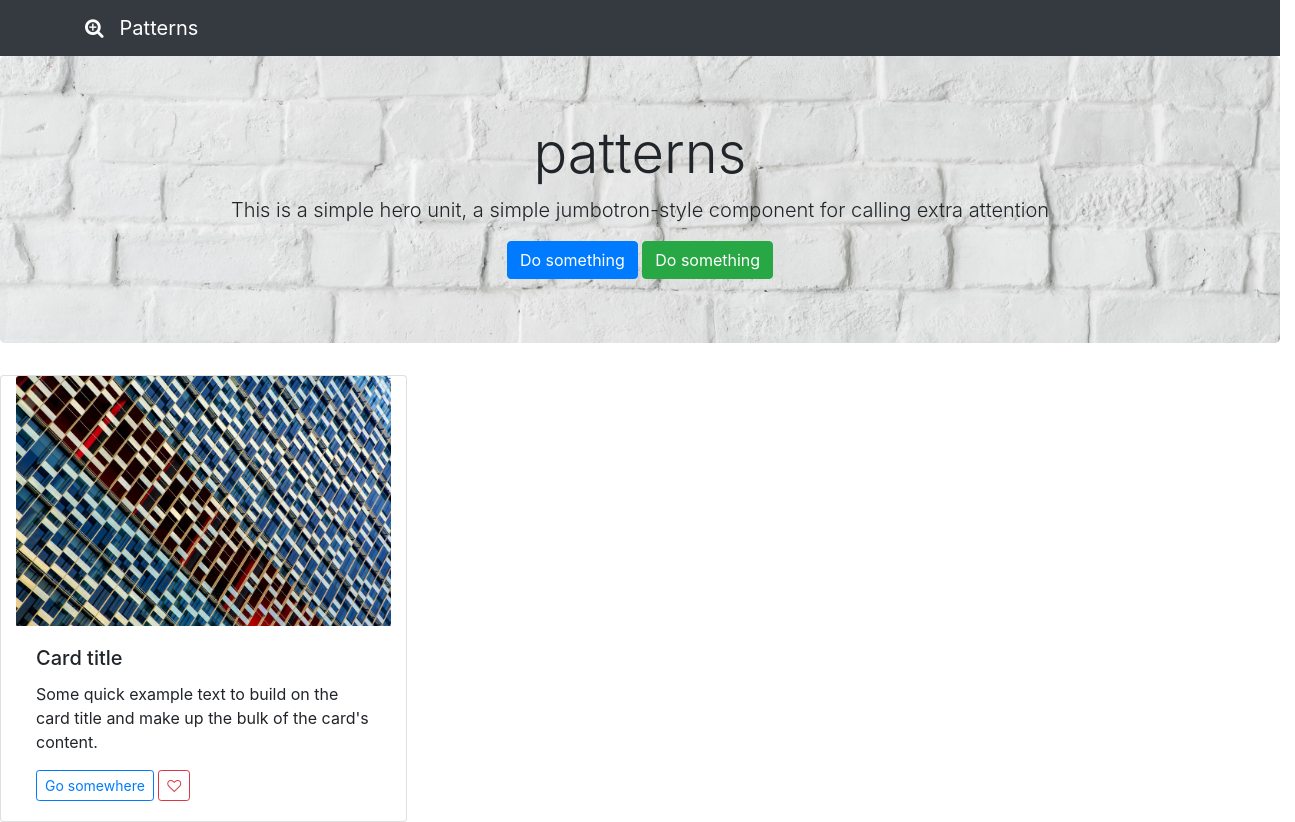
Repository: Mietlicha/patterns
Page: index.html
An editor plug-in stored every save of this project. The page is shown before and after the next save, followed by the edit.
The browser window is 1280 px wide. The page is 1295 px wide, so the pictures cover 1295 px, including what lies to the right of the window. The pictures show the whole page.

Above is the page before, as saved 2019-10-24 11:53:03.

### index.html
<!DOCTYPE html>
<html lang="en">

<head>
    <meta charset="UTF-8">
    <meta name="viewport" content="width=device-width, initial-scale=1.0">
    <meta http-equiv="X-UA-Compatible" content="ie=edge">
    <title>Document</title>
    <link rel="stylesheet" href="style.css">
    <link rel="stylesheet" href="https://stackpath.bootstrapcdn.com/bootstrap/4.3.1/css/bootstrap.min.css"
        integrity="sha384-ggOyR0iXCbMQv3Xipma34MD+dH/1fQ784/j6cY/iJTQUOhcWr7x9JvoRxT2MZw1T" crossorigin="anonymous">
    <link rel="stylesheet" href="https://cdnjs.cloudflare.com/ajax/libs/font-awesome/4.7.0/css/font-awesome.min.css">

</head>

<body>
    <nav class="navbar navbar-dark bg-dark">
        <div class="container"><a class="navbar-brand" href="#"><i class="fa fa-search-plus mr-3"
                    aria-hidden="true"></i>Patterns</a></div>
    </nav>
    <article>
        <section id="header" class="jumbotron">
            <div class="container text-center">
                <h1 class="display-4">patterns</h1>
                <p class="lead">This is a simple hero unit, a simple jumbotron-style component for calling extra
                    attention</p>
                <a href="#" class="btn btn-primary">Do something</a>
                <a href="#" class="btn btn-success">Do something</a>
            </div>
        </section>

        <section id="gallery">
            <div class="row">
                <div class="col-md-4">
                    <div class="card container">

                        <img src=" imgs/pattern1.jpeg" class="card-img-top" alt="pattern one">
                        <div class="card-body">
                            <h5 class="card-title">Card title</h5>
                            <p class="card-text">Some quick example text to build on the card title and make up the bulk of the card's content.</p>
                            <a href="#" class="btn btn-outline-primary btn-sm">Go somewhere</a>
                            <a href="#" class="btn btn-outline-danger btn-sm"><i class="fa fa-heart-o" aria-hidden="true"></i></a>
                        </div>
                    </div>
                </div>
            </div>
        </section>
    </article>


    <script src="https://code.jquery.com/jquery-3.3.1.slim.min.js"
        integrity="sha384-q8i/X+965DzO0rT7abK41JStQIAqVgRVzpbzo5smXKp4YfRvH+8abtTE1Pi6jizo"
        crossorigin="anonymous"></script>
    <script src="https://cdnjs.cloudflare.com/ajax/libs/popper.js/1.14.7/umd/popper.min.js"
        integrity="sha384-UO2eT0CpHqdSJQ6hJty5KVphtPhzWj9WO1clHTMGa3JDZwrnQq4sF86dIHNDz0W1"
        crossorigin="anonymous"></script>
    <script src="https://stackpath.bootstrapcdn.com/bootstrap/4.3.1/js/bootstrap.min.js"
        integrity="sha384-JjSmVgyd0p3pXB1rRibZUAYoIIy6OrQ6VrjIEaFf/nJGzIxFDsf4x0xIM+B07jRM"
        crossorigin="anonymous"></script>
</body>

</html>

### style.css
#header{
    background: url(imgs/header.jpeg) center / cover no-repeat;
}

After the next save:
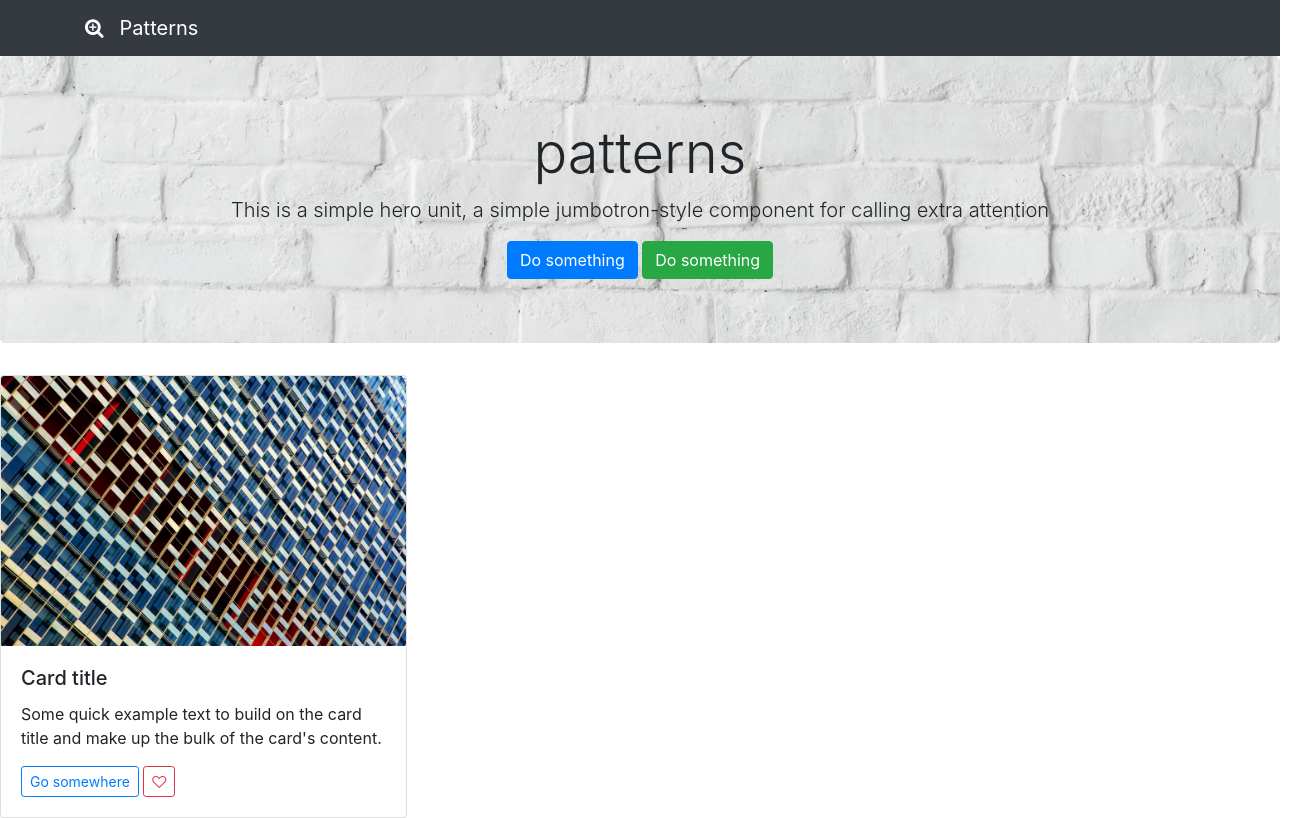
Saved 25 s later.
--- a/index.html
+++ b/index.html
@@ -32,7 +32,7 @@
         <section id="gallery">
             <div class="row">
                 <div class="col-md-4">
-                    <div class="card container">
+                    <div class="card">
 
                         <img src=" imgs/pattern1.jpeg" class="card-img-top" alt="pattern one">
                         <div class="card-body">
